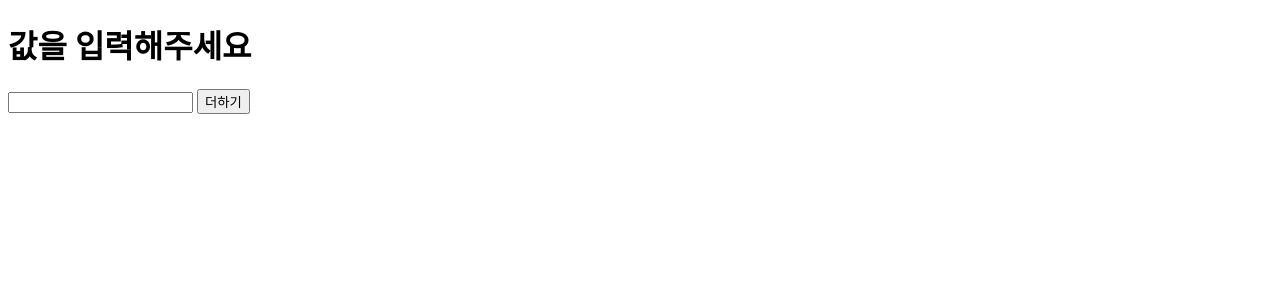
Repository: hjh5217/newJSP
Page: http://localhost/jspProj/basic/calcWeb.jsp
These files come from the project's save history. The page is drawn as it stood at one moment and after the next save; the edit follows.
The browser window is 1280 px wide. The pictures show the whole page.
The page is served by Tomcat 9. Other server files are loaded and not shown.

Above is the page before, as saved 2023-07-27 06:13:38.

### jspProj/src/main/webapp/basic/calcWeb.jsp
<%@ page language="java" contentType="text/html; charset=UTF-8"
    pageEncoding="UTF-8"%>
<!DOCTYPE html>
<html>
<head>
<meta charset="UTF-8">
<title>짝수값 더하기</title>
</head>
<body>
	<form action="process.jsp" method="post">
		<h1>값을 입력해주세요</h1>
		<input type="text" name="test">
		<button type="submit">더하기</button>
	</form>
</body>
</html>

After the next save:
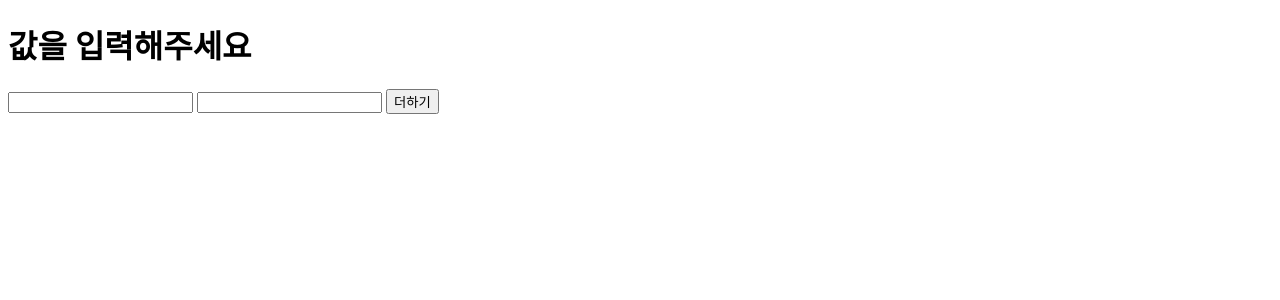
Saved 13 s later.
--- a/jspProj/src/main/webapp/basic/calcWeb.jsp
+++ b/jspProj/src/main/webapp/basic/calcWeb.jsp
@@ -9,7 +9,8 @@
 <body>
 	<form action="process.jsp" method="post">
 		<h1>값을 입력해주세요</h1>
-		<input type="text" name="test">
+		<input type="text" name="num1">
+		<input type="text" name="num2">
 		<button type="submit">더하기</button>
 	</form>
 </body>
